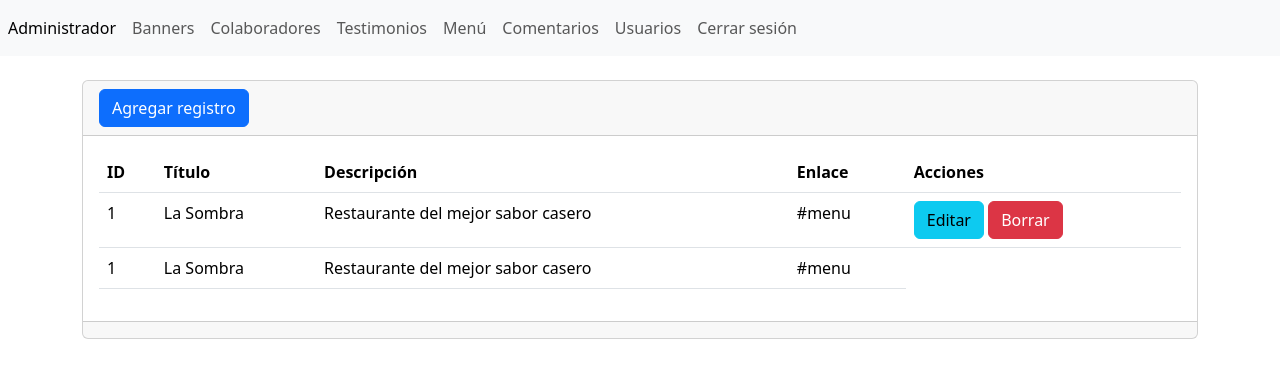
Repository: salextros/Restaurant-Project-PHP-MySQL
Page: http://localhost/restaurant/admin/seccion/banners/index.php
An editor plug-in stored every save of this project. The page is shown before and after the next save, followed by the edit.
The browser window is 1280 px wide. The pictures show the whole page.
The page is run by PHP 8.4 with error messages shown; the project is at /var/www/html/.

Above is the page before, as saved 2026-01-17 23:55:40.

### restaurant/admin/seccion/banners/index.php
<?php include ("../../templates/header.php"); ?>
<br/>
<div class="card">
    <div class="card-header">
    <a name="" id="" class="btn btn-primary" href="crear.php" role="button">Agregar registro</a>

    </div>
    <div class="card-body">

    <div
        class="table-responsive-sm">
        <table class="table">
            <thead>
                <tr>
                    <th scope="col">ID</th>
                    <th scope="col">Título</th>
                    <th scope="col">Descripción</th>
                    <th scope="col">Enlace</th>
                    <th scope="col">Acciones</th>
                </tr>
            </thead>
            <tbody>
                <tr class="">
                    <td scope="row">1</td>
                    <td>La Sombra</td>
                    <td>Restaurante del mejor sabor casero</td>
                    <td>#menu</td>
                    <td>
                        <a name="" id="" class="btn btn-info" href="#" role="button">Editar</a>
                        <a name="" id="" class="btn btn-danger" href="#" role="button">Borrar</a>
                    </td>
                </tr>
                <tr class="">
                  <td scope="row">1</td>
                    <td>La Sombra</td>
                    <td>Restaurante del mejor sabor casero</td>
                    <td>#menu</td>
                </tr>
            </tbody>
        </table>
    </div>

    </div>
    <div class="card-footer text-muted"></div>
</div>


<?php include ("../../templates/footer.php"); ?>

### restaurant/admin/templates/header.php
<?php
$url_base = "http://localhost/TRABAJO_FINAL/restaurant/admin/";
?>
<!doctype html>
<html lang="en">

    <head>
        <title>Administrador del sitio web </title>
        <!-- Required meta tags -->
        <meta charset="utf-8" />
        <meta
            name="viewport"
            content="width=device-width, initial-scale=1, shrink-to-fit=no"
        />

        <!-- Bootstrap CSS v5.2.1 -->
        <link
            href="https://cdn.jsdelivr.net/npm/bootstrap@5.3.2/dist/css/bootstrap.min.css"
            rel="stylesheet"
            integrity="sha384-T3c6CoIi6uLrA9TneNEoa7RxnatzjcDSCmG1MXxSR1GAsXEV/Dwwykc2MPK8M2HN"
            crossorigin="anonymous"
        />
    </head>

    <body>
        <header>
            <!-- place navbar here -->
            <nav class="navbar navbar-expand navbar-light bg-light">
                <div class="nav navbar-nav">
                    <a class="nav-item nav-link active" href="#" aria-current="page">Administrador<span class="visually-hidden">(current)</span></a>

                    <a class="nav-item nav-link" href="<?php echo $url_base;?>seccion/banners">Banners</a>
                    <a class="nav-item nav-link" href="<?php echo $url_base;?>seccion/colaboradores">Colaboradores</a>
                    <a class="nav-item nav-link" href="<?php echo $url_base;?>seccion/testimonios">Testimonios</a>
                    <a class="nav-item nav-link" href="<?php echo $url_base;?>seccion/menu">Menú</a>
                    <a class="nav-item nav-link" href="<?php echo $url_base;?>seccion/comentarios">Comentarios</a>
                    <a class="nav-item nav-link" href="<?php echo $url_base;?>seccion/usuarios">Usuarios</a>
                    <a class="nav-item nav-link" href="#">Cerrar sesión</a>

                </div>
            </nav>


        </header>
        <main>
        <section class="container">

### restaurant/admin/templates/footer.php
        </section>
        </main>
        <footer>
            <!-- place footer here -->
        </footer>
        <!-- Bootstrap JavaScript Libraries -->
        <script
            src="https://cdn.jsdelivr.net/npm/@popperjs/core@2.11.8/dist/umd/popper.min.js"
            integrity="sha384-I7E8VVD/ismYTF4hNIPjVp/Zjvgyol6VFvRkX/vR+Vc4jQkC+hVqc2pM8ODewa9r"
            crossorigin="anonymous"
        ></script>

        <script
            src="https://cdn.jsdelivr.net/npm/bootstrap@5.3.2/dist/js/bootstrap.min.js"
            integrity="sha384-BBtl+eGJRgqQAUMxJ7pMwbEyER4l1g+O15P+16Ep7Q9Q+zqX6gSbd85u4mG4QzX+"
            crossorigin="anonymous"
        ></script>
    </body>
</html>

After the next save:
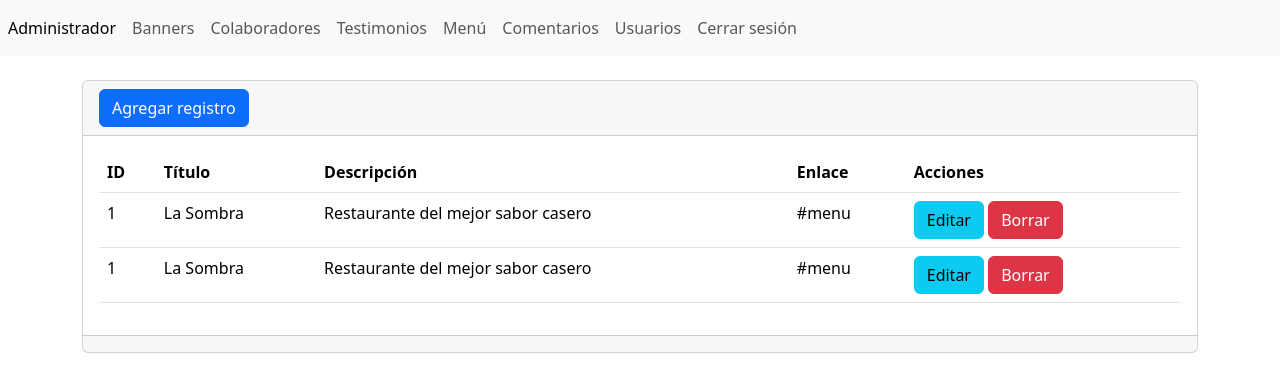
Saved 72 s later.
--- a/restaurant/admin/seccion/banners/index.php
+++ b/restaurant/admin/seccion/banners/index.php
@@ -35,6 +35,10 @@
                     <td>La Sombra</td>
                     <td>Restaurante del mejor sabor casero</td>
                     <td>#menu</td>
+                    <td>
+                        <a name="" id="" class="btn btn-info" href="#" role="button">Editar</a>
+                        <a name="" id="" class="btn btn-danger" href="#" role="button">Borrar</a>
+                    </td>
                 </tr>
             </tbody>
         </table>
